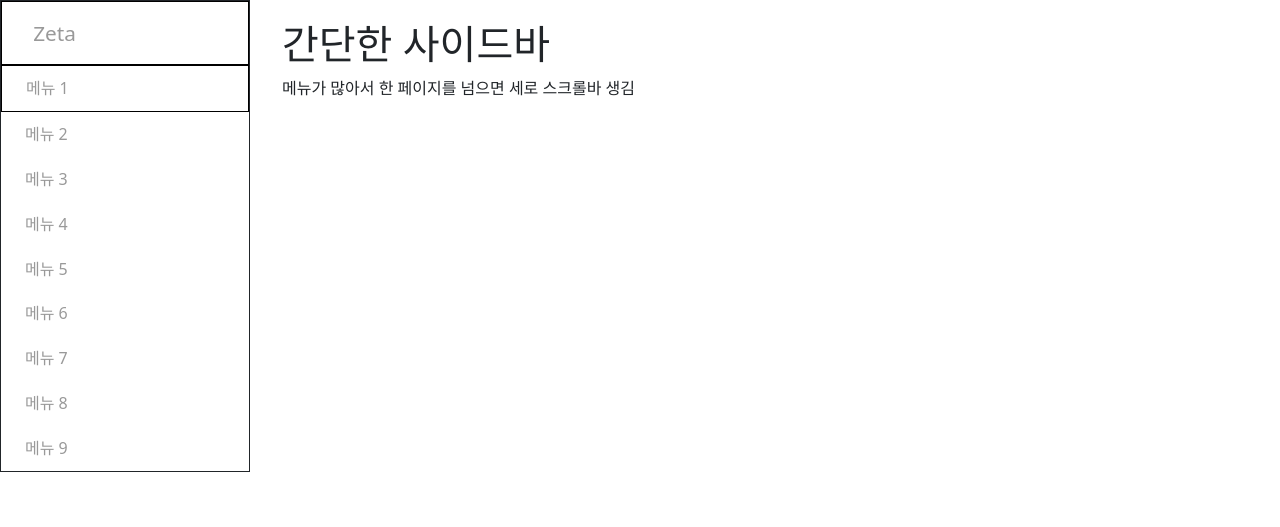
Repository: rudqhd79/spring_personal
Page: http://localhost/main
These files come from the project's save history. The page is drawn as it stood at one moment and after the next save; the edit follows.
The browser window is 1280 px wide. The pictures show the whole page.
The page is this project's Thymeleaf template; nobody is signed in. The template is opened directly, without the code that normally fills it, so the values that code supplies are empty.

Above is the page before, as saved 2023-01-30 10:12:19.

After the next save:
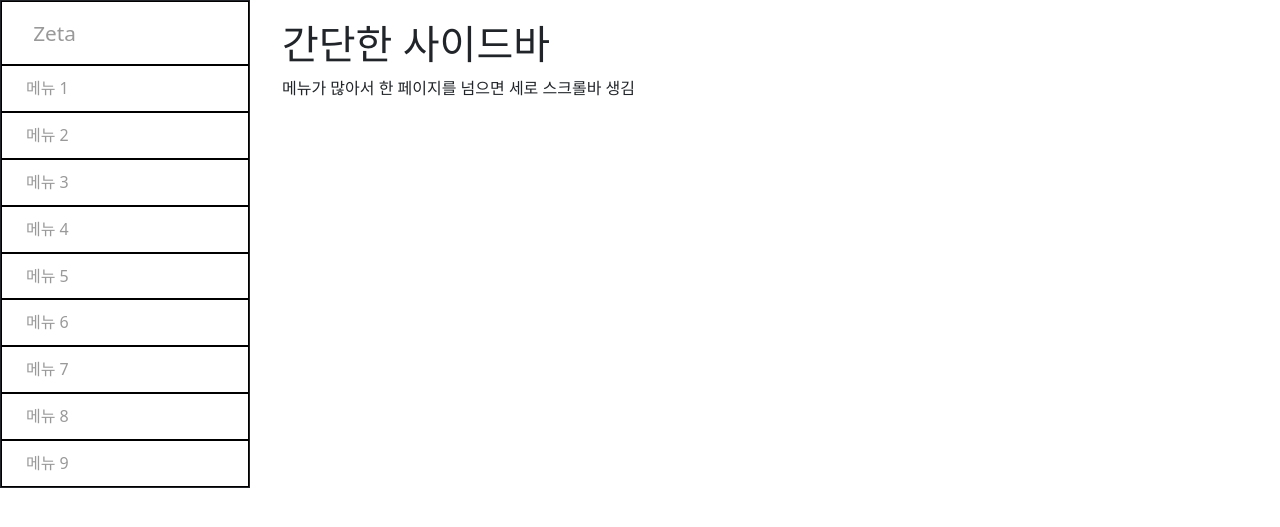
Saved 20 s later.
--- a/bus-reservation/src/main/resources/templates/main.html
+++ b/bus-reservation/src/main/resources/templates/main.html
@@ -68,14 +68,14 @@
 			<ul class="sidebar-nav" style="border: 1px solid">
 				<li class="sidebar-brand sidebar-main"><a href="#">Zeta</a></li>
 				<li class="sidebar-main"><a href="#">메뉴 1</a></li>
-				<li><a href="#">메뉴 2</a></li>
-				<li><a href="#">메뉴 3</a></li>
-				<li><a href="#">메뉴 4</a></li>
-				<li><a href="#">메뉴 5</a></li>
-				<li><a href="#">메뉴 6</a></li>
-				<li><a href="#">메뉴 7</a></li>
-				<li><a href="#">메뉴 8</a></li>
-				<li><a href="#">메뉴 9</a></li>
+				<li class="sidebar-main"><a href="#">메뉴 2</a></li>
+				<li class="sidebar-main"><a href="#">메뉴 3</a></li>
+				<li class="sidebar-main"><a href="#">메뉴 4</a></li>
+				<li class="sidebar-main"><a href="#">메뉴 5</a></li>
+				<li class="sidebar-main"><a href="#">메뉴 6</a></li>
+				<li class="sidebar-main"><a href="#">메뉴 7</a></li>
+				<li class="sidebar-main"><a href="#">메뉴 8</a></li>
+				<li class="sidebar-main"><a href="#">메뉴 9</a></li>
 			</ul>
 		</div>
 		<!-- /사이드바 -->
